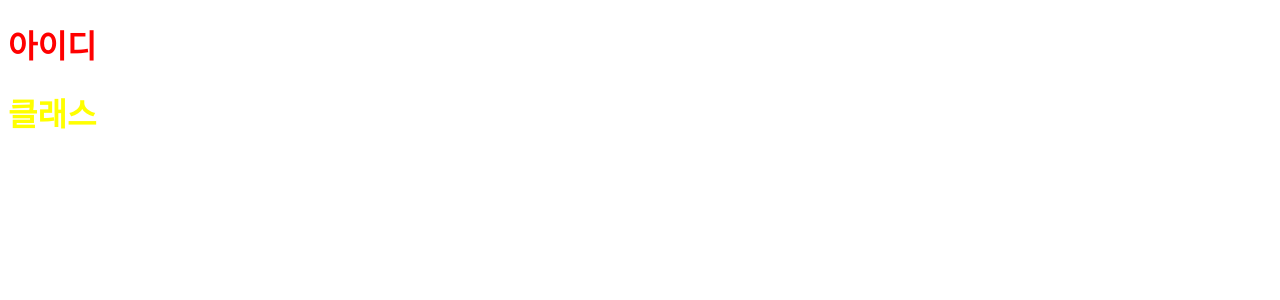
Repository: kwakminjung/bootclass
Page: Day2/frontend/src/main/resources/static/index.html
An editor plug-in stored every save of this project. The page is shown before and after the next save, followed by the edit.
The browser window is 1280 px wide. The pictures show the whole page.

Above is the page before, as saved 2024-07-02 01:42:01.

### Day2/frontend/src/main/resources/static/index.html
<!DOCTYPE html>
<html>
<head>
<meta charset="UTF-8">
<title>id와 클래스</title>
<link rel="stylesheet" href="style.css">
<style>
#i1 {
color:red;
}

.c1 {

}
</style>
</head>
<body>

<h1 id="i1">아이디</h1>

<h1 class="c1">클래스</h1>

</body>
</html>

### Day2/frontend/src/main/resources/static/style.css
h1 {
	color: yellow;
}

After the next save:
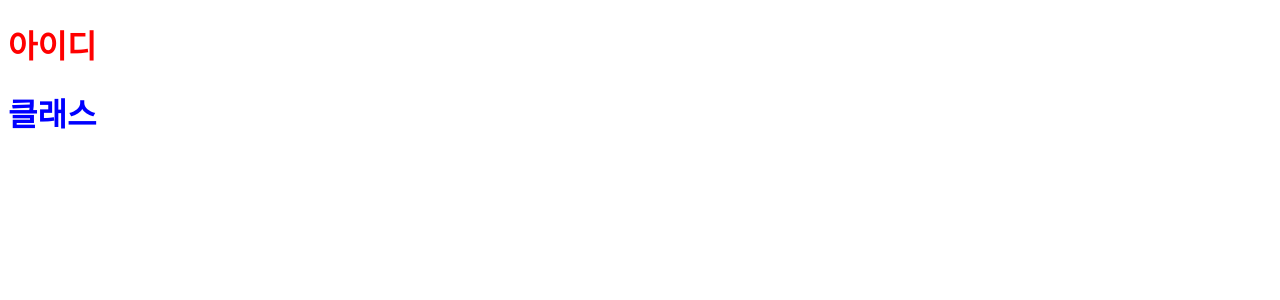
Saved 8 s later.
--- a/Day2/frontend/src/main/resources/static/index.html
+++ b/Day2/frontend/src/main/resources/static/index.html
@@ -10,7 +10,7 @@ color:red;
 }
 
 .c1 {
-
+color:blue;
 }
 </style>
 </head>
